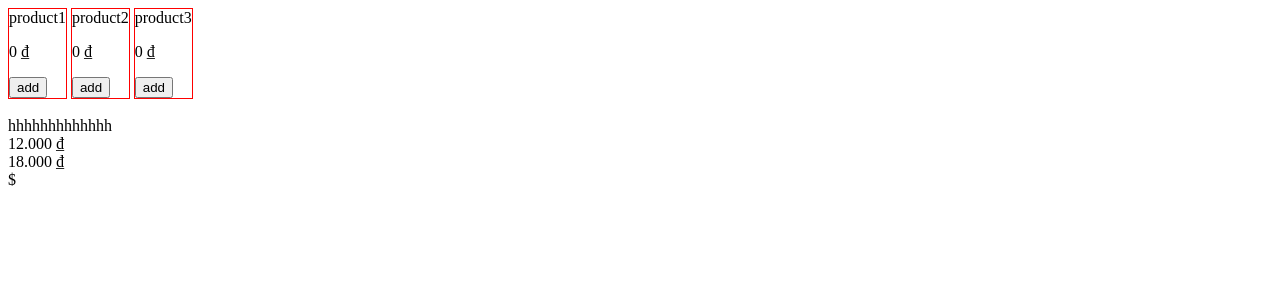
Repository: quynh232000/javascript-basic
Page: Lab5/demo.html
The author's editor kept a copy of each file at every save. The page is drawn from the files as they stood at one save, then again after the next save.
The browser window is 1280 px wide. The pictures show the whole page.

Above is the page before, as saved 2023-07-27 22:52:23.

After the next save:
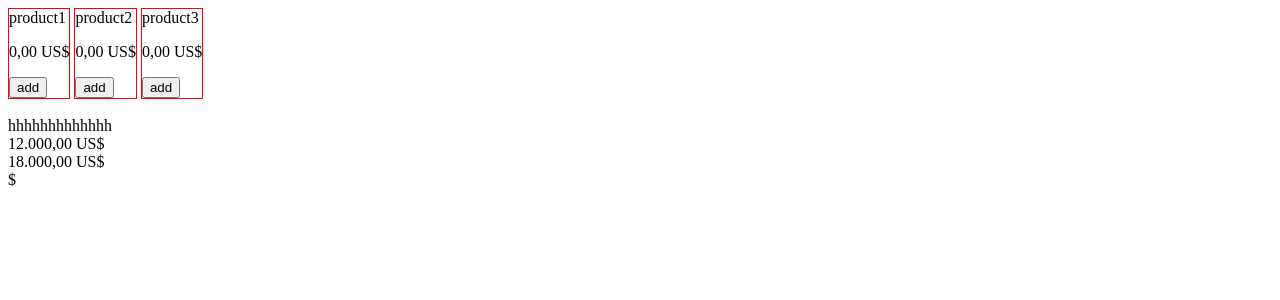
Saved 3 min 13 s later.
--- a/Lab5/demo.html
+++ b/Lab5/demo.html
@@ -47,7 +47,7 @@
       let btnDeletes = [];
       const VND = new Intl.NumberFormat("vi-VN", {
         style: "currency",
-        currency: "VND",
+        currency: "USD",
       });
       document.querySelectorAll(".price").forEach((item) => {
         item.textContent = VND.format(item.getAttribute("price"));

After the save that followed:
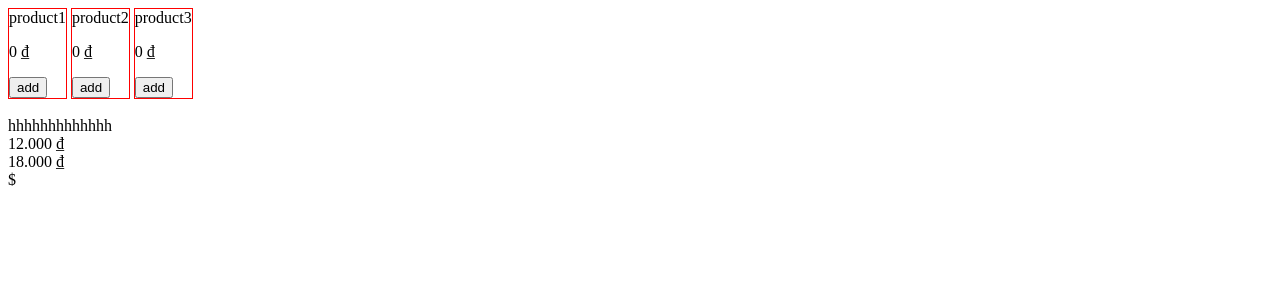
Saved 13 s later.
--- a/Lab5/demo.html
+++ b/Lab5/demo.html
@@ -47,7 +47,7 @@
       let btnDeletes = [];
       const VND = new Intl.NumberFormat("vi-VN", {
         style: "currency",
-        currency: "USD",
+        currency: "VND",
       });
       document.querySelectorAll(".price").forEach((item) => {
         item.textContent = VND.format(item.getAttribute("price"));
